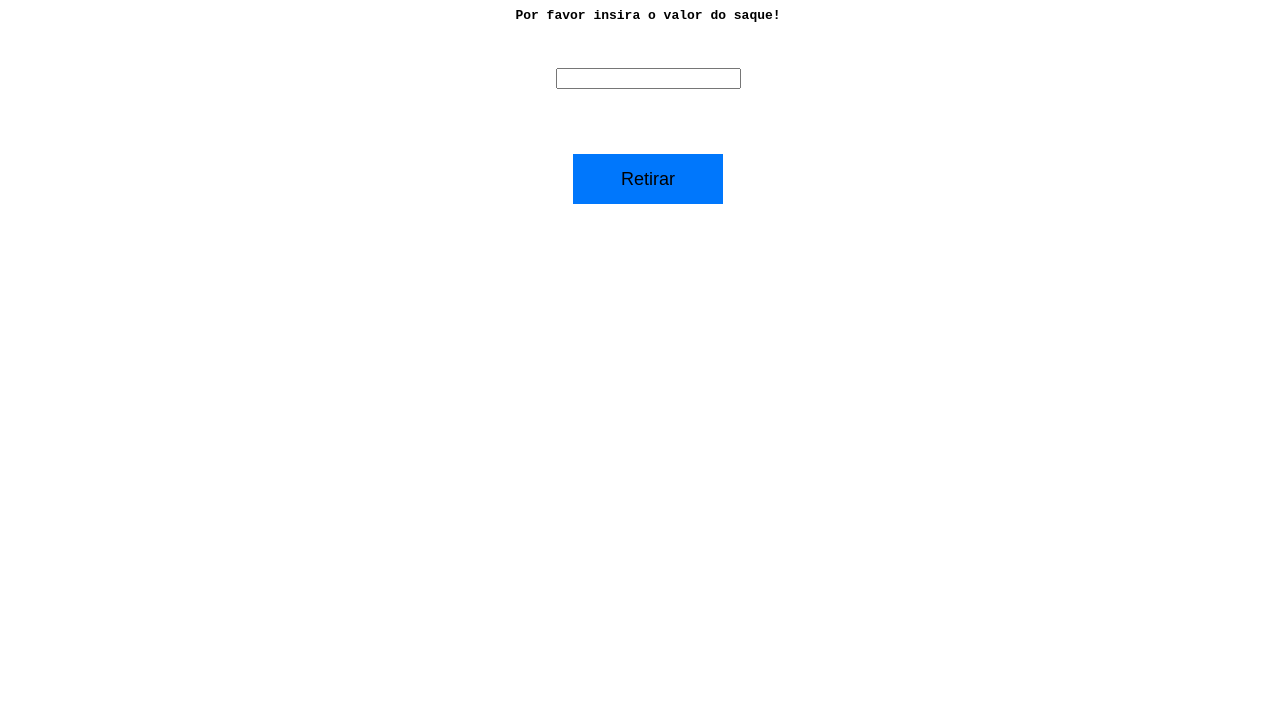
Repository: tkosudi/test-evlos
Page: index.html
The author's editor kept a copy of each file at every save. The page is drawn from the files as they stood at one save, then again after the next save.
The browser window is 1280 px wide. The page is 1288 px wide, so the pictures cover 1288 px, including what lies to the right of the window. The pictures show the whole page.

Above is the page before, as saved 2021-09-03 11:37:33.

### index.html
<!DOCTYPE html>
<html lang="en">
  <head>
    <meta charset="UTF-8" />
    <meta http-equiv="X-UA-Compatible" content="IE=edge" />
    <meta name="viewport" content="width=device-width, initial-scale=1.0" />
    <link rel="stylesheet" href="styles.css" />
    <title>Document</title>
  </head>
  <body>
    <button id="withdraw_button">Retirar</button>
    <input type="number" id="inputData" />

    <div id="count_withdraw"></div>
  </body>
  <script src="./withdraw.js"></script>
</html>

### styles.css
body {
  height: 30vh;
  width: 100vw;
  display: flex;
  align-items: center;
  justify-content: space-between;
  flex-direction: column-reverse;
  font-family: monospace;
}

button {
  margin: 20px 0;
  width: 150px;
  height: 50px;
  font-size: large;
  background: #0077fc;
  border: none;
}

span {
  font-weight: bold;
  color: black;
}

### withdraw.js
const bills = {
  100: 1,
  50: 3,
  20: 4,
  10: 1,
  5: 3,
  2: 12,
  1: 10,
};

let responseWithdrawBills = {
  100: 0,
  50: 0,
  20: 0,
  10: 0,
  5: 0,
  2: 0,
  1: 0,
};

const billsArray = Object.keys(bills)
  .reverse()
  .map((item) => parseInt(item));

let costumerBalance = 122.5;

const withdraw = (
  valorSaque,
  inputValue,
  withdrawBills = responseWithdrawBills
) => {
  if (inputValue <= 1) {
    return "Valor inválido! Saques à partir de R$1,00.";
  }

  if (valorSaque > costumerBalance) {
    return "Você não possui saldo para sacar este valor!";
  }

  if (valorSaque === 0) {
    const billValues = Object.keys(withdrawBills).filter((key) => {
      return withdrawBills[key] > 0;
    });

    let response = "Entregar ";
    for (let i = 0; i < billValues.length; i++) {
      response += `${withdrawBills[billValues[i]]} nota de R$${
        billValues[i]
      },00, `;
    }

    let res = response.slice(0, -2) + ".";

    for (let i = 0; i < billsArray.length; i++) {
      if (responseWithdrawBills[billsArray[i]] > 0) {
        responseWithdrawBills[billsArray[i]] = 0;
      }
    }
    return res;
  }

  for (let i = 0; i < billsArray.length; i++) {
    if (bills[billsArray[i]] > 0 && valorSaque >= billsArray[i]) {
      valorSaque -= billsArray[i];
      withdrawBills[billsArray[i]]++;
      costumerBalance -= billsArray[i];
      bills[billsArray[i]]--;
      return withdraw(valorSaque, withdrawBills);
    }
  }
};
// module.exports.withdraw = withdraw;
let response = document.getElementById("count_withdraw");
const span = document.createElement("span");
span.textContent = "Por favor insira o valor do saque!";
response.appendChild(span);

document.getElementById("withdraw_button").onclick = () => {
  document.getElementById("count_withdraw").innerHTML = "";
  let withdrawInputData = document.getElementById("inputData").value;
  span.textContent = withdraw(withdrawInputData, withdrawInputData);
  response.appendChild(span);
};

After the next save:
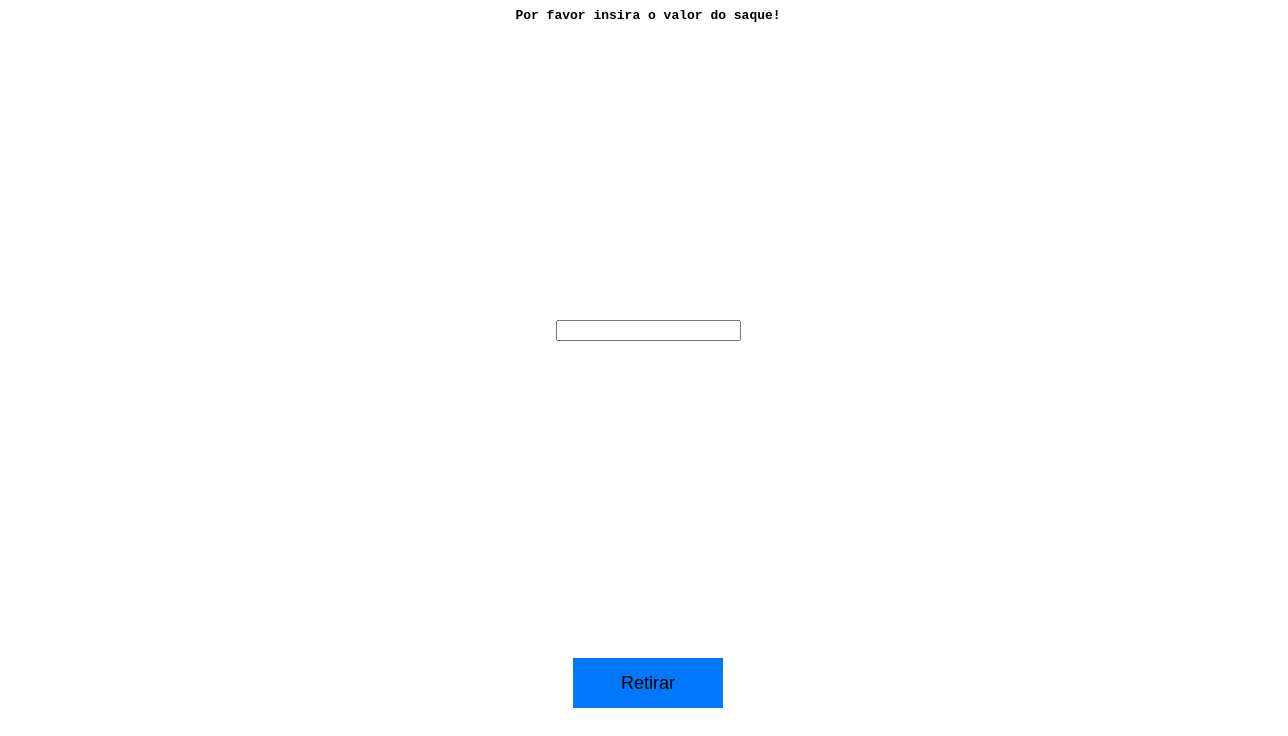
Saved 7 s later.
--- a/styles.css
+++ b/styles.css
@@ -1,5 +1,5 @@
 body {
-  height: 30vh;
+  height: 100vh;
   width: 100vw;
   display: flex;
   align-items: center;
